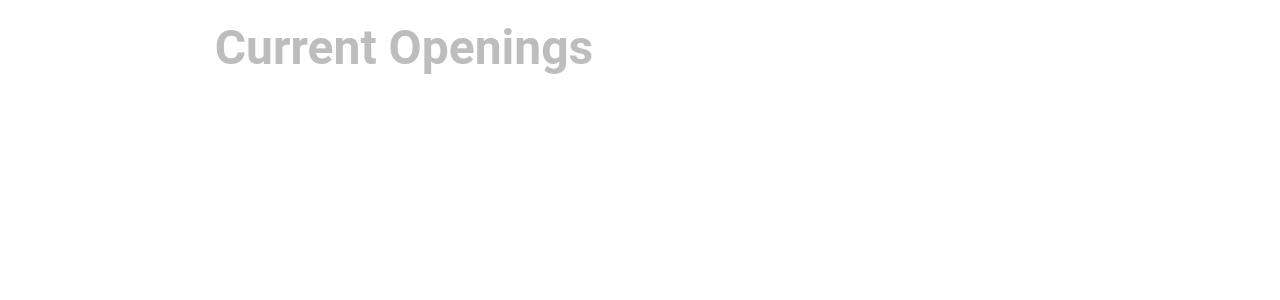
Repository: samihankuttan/technorix
Page: / (app in interview-test/)
These files come from the project's save history. The page is drawn as it stood at one moment and after the next save; the edit follows.
The browser window is 1280 px wide. The pictures show the whole page.
The project was rebuilt for these pictures with package versions that can differ from the ones it lists, and the page was loaded fresh each time.

Above is the page before, as saved 2022-07-20 22:39:48.

After the next save:
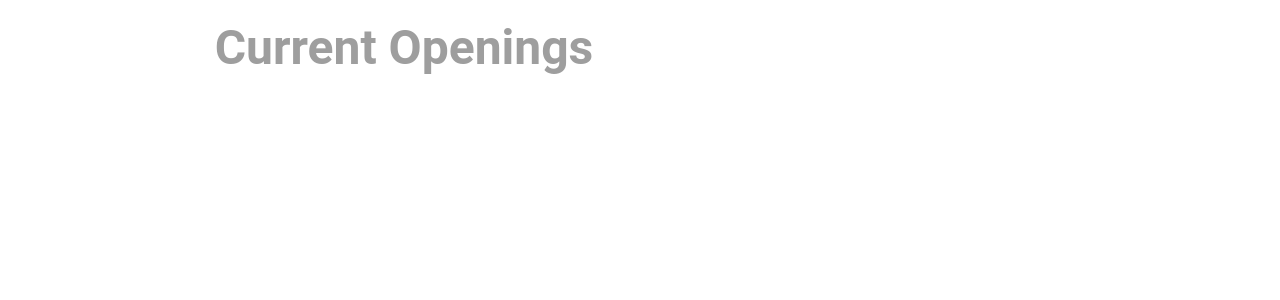
Saved 11 s later.
--- a/interview-test/src/App.css
+++ b/interview-test/src/App.css
@@ -1,5 +1,5 @@
 .title1{
   letter-spacing: 1;
   font-weight: bold !important;
-  color: #bdbdbd !important;
+  color: #9e9e9e !important;
 }
